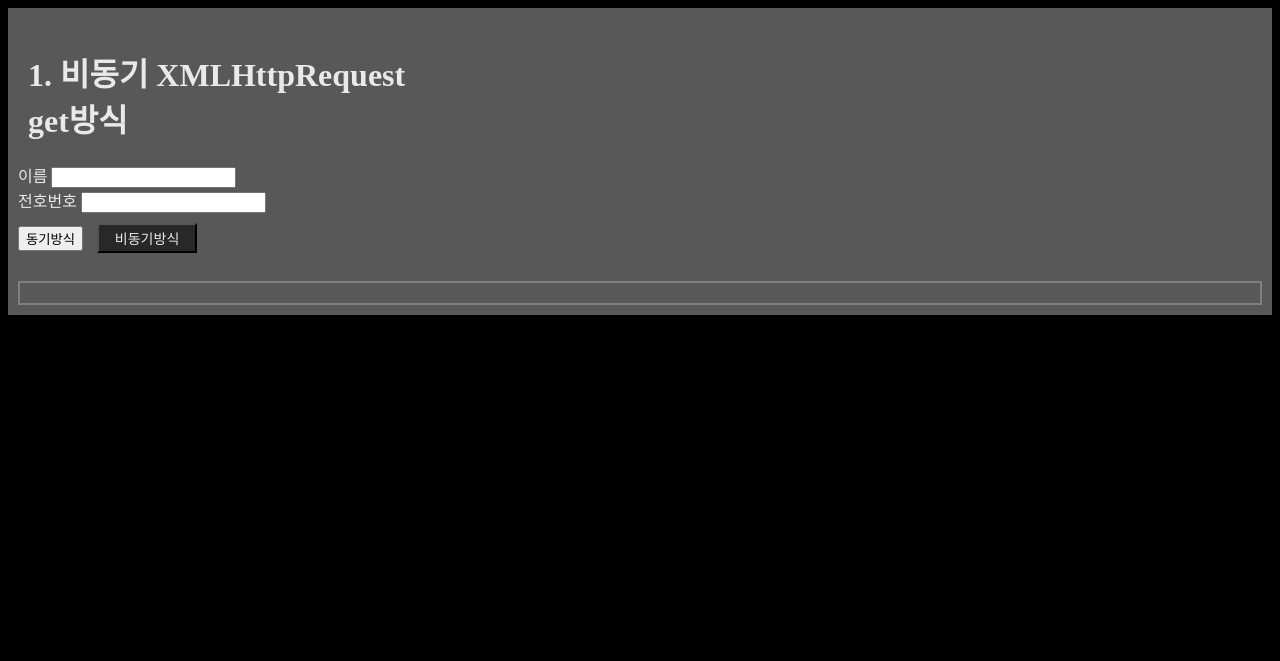
Repository: prawniel99/05_JQuery
Page: workspace/jqpro/WebContent/비동기3_XMLRequest/test1.html
An editor plug-in stored every save of this project. The page is shown before and after the next save, followed by the edit.
The browser window is 1280 px wide. The pictures show the whole page.

Above is the page before, as saved 2024-08-22 00:49:32.

### workspace/jqpro/WebContent/비동기3_XMLRequest/test1.html
<!DOCTYPE html>
<html lang="kr">
<head>
    <meta charset="UTF-8">
    <meta name="viewport" content="width=device-width, initial-scale=1.0">
    <title>XMLHttpRequest</title>

    <link rel="stylesheet" href="../css/public.css">
    <script src="../js/jquery-3.7.1.js"></script>

    <style>

    </style>

    <script>

        const xhr = new XMLHttpRequest();


        $(()=>{
            $('#asynb').on('click', ()=>{

                // name속성을 이용
                // vname = document.ff1.name.value;
                // vtel = document.ff1.tel.value;
                // console.log(vname, vtel);

                // 입력한 값을 가져온다. id 속성을 이용
                vname = $('#name').val().trim(); // id가 name인것의 값을 앞뒤 공백 지우고 가져오기
                vtel = $('#tel').val().trim();

                // 서버로 전송 - 요청
                xhr.open('get', 'test1.jsp?name='+vname+'&tel='+vtel, true); // jsp?name= 뒤에 공백 있으면 안됨 $tel=뒤에도 있으면 안됨
                xhr.send();

                // 응답
                // xhr.onload = function(){
                // onreadystatechange로 readystate가 변하는 것을 확인할 수 있음
                xhr.onreadystatechange = function(){ // onreadystate가 method로 쓰일때는 전부 소문자
                	alert(this.readyState);
                	if(this.readyState==4 && this.status==200){
                		res = this.responseText;

                		$('#result1').html(res);
                	}
                }
            })
        })
    </script>

</head>

<body>

    <div class="box">
        <h1>
        	1. 비동기 XMLHttpRequest<br>get방식
        </h1>

        <form id="ff1" action="test1.jsp" method="get">
            이름 <input type="text" name="name" id="name"><br>
            전호번호 <input type="text" name="tel" id="tel"><br>
            <input type="submit" value="동기방식"> <!-- submit은 하나의 form 안에 1개만 가능 -->
            <input type="button" value="비동기방식" id="asynb">
        </form><br>

        <div id="result1"></div>
    </div>

</body>

</html>

### workspace/jqpro/WebContent/css/public.css
@charset "UTF-8";

body {
	background-color: black;
	color: rgb(233, 233, 233);
}

pre {
	text-align: left;
	font-weight: bold;
	border-left: none;
	border-right: none;
	border-top: 11px double rgba(120,20,20,1);
	border-bottom: 11px double rgba(120,20,20,1);
	background: rgb(222,222,222);
}

h1 {
	padding-left: 10px;
	padding-top: 10px;
}

h3 {
	margin: 10px;
	margin-bottom: 10px;
}

div {
	border: 2px solid grey;
	padding: 10px;
	/* margin: 10px; */
}

.box {
	border: none;
	/* background-image: linear-gradient(rgba(255,155,155), rgba(155,255,155)); */
	background-color: rgb(88, 88, 88);
	/* margin: 10px; */
	/* padding: 20px; */
}

.box input[type=button] {
	margin: 10px;
	background: rgb(40,40,40);
	color: rgb(233, 233, 233);
	font-size: 14px;
	/* padding: 0; */
	width: 100px;
	height: 30px;
	/* border-radius: 10px; */
}


#res {
	display: flex;
	flex-direction: row;
}

.item {
	flex: 25%;
	margin: 3px;
	padding: 2px;
}

Loaded but not shown: workspace/jqpro/WebContent/js/jquery-3.7.1.js (library)

After the next save:
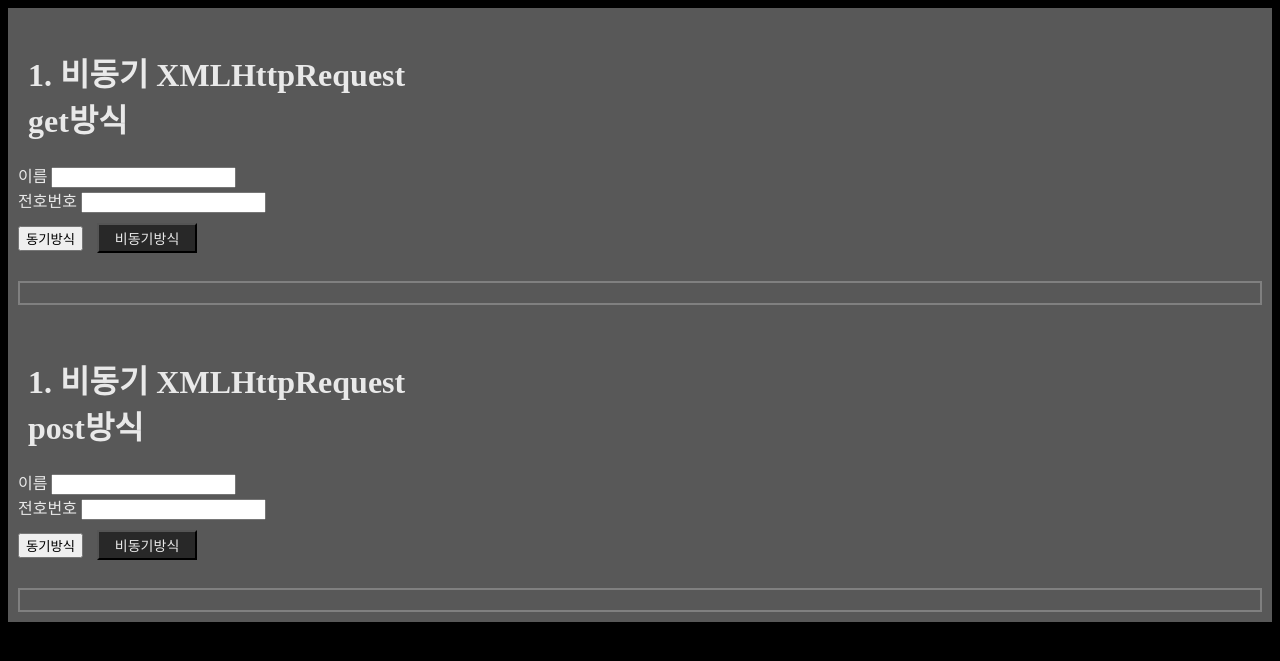
Saved 33 s later.
--- a/workspace/jqpro/WebContent/비동기3_XMLRequest/test1.html
+++ b/workspace/jqpro/WebContent/비동기3_XMLRequest/test1.html
@@ -67,6 +67,21 @@
         <div id="result1"></div>
     </div>
 
+    <div class="box">
+        <h1>
+        	1. 비동기 XMLHttpRequest<br>post방식
+        </h1>
+
+        <form id="ff1" action="test1.jsp" method="post">
+            이름 <input type="text" name="name" id="name"><br>
+            전호번호 <input type="text" name="tel" id="tel"><br>
+            <input type="submit" value="동기방식"> <!-- submit은 하나의 form 안에 1개만 가능 -->
+            <input type="button" value="비동기방식" id="asynb">
+        </form><br>
+
+        <div id="result2"></div>
+    </div>
+
 </body>
 
 </html>
